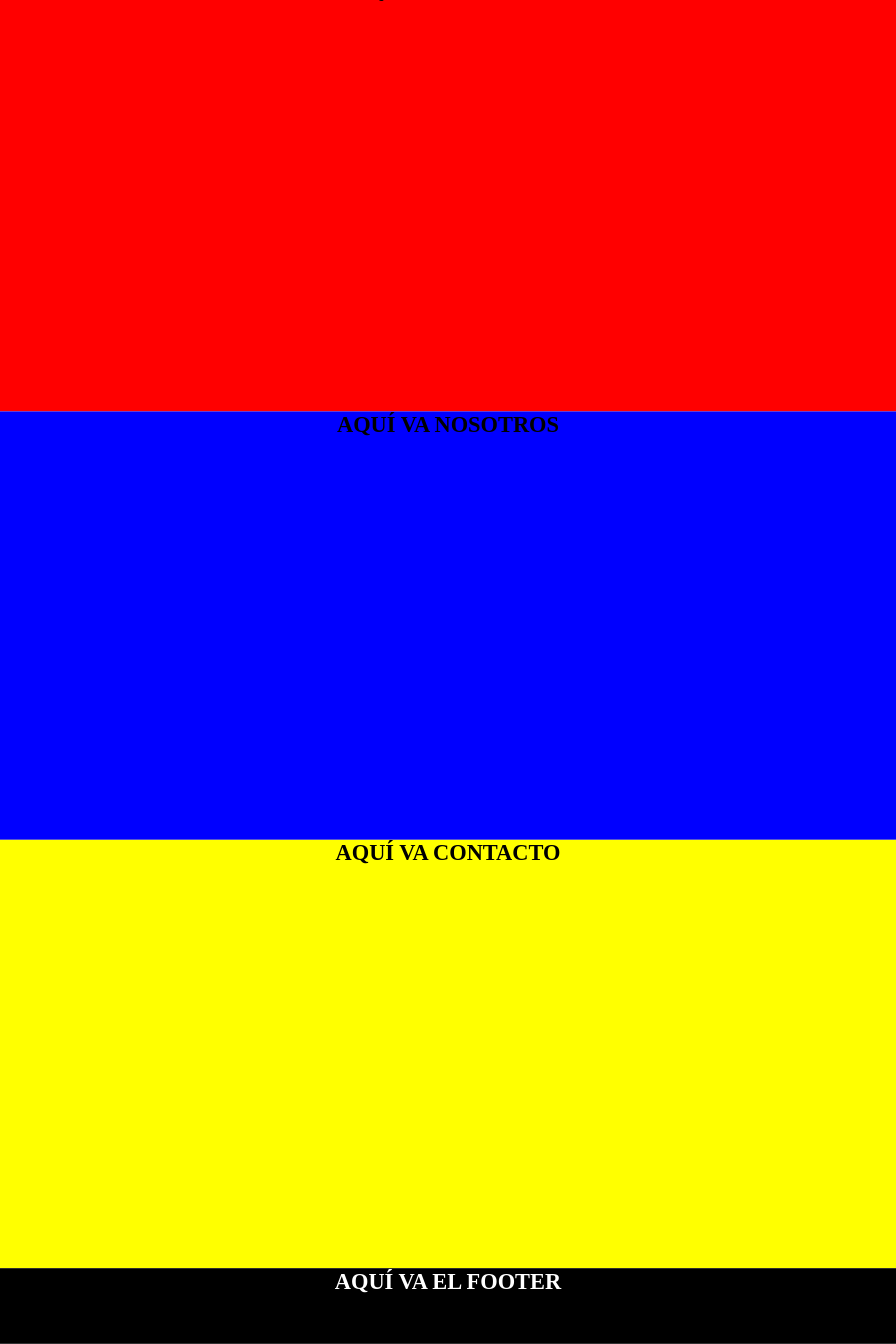
Repository: soloestuardo/bootstrap
Page: web/index.html
The author's editor kept a record of every edit. The page is drawn from the files as they stood at one moment, then again after the next edit.
The browser window is 1280 px wide. The pictures show the part of the page from y = 744 to 2664 px (the page is 2664 px tall before and 2556 px after), at 70% of full size.

Above is the page before.

After the next edit:
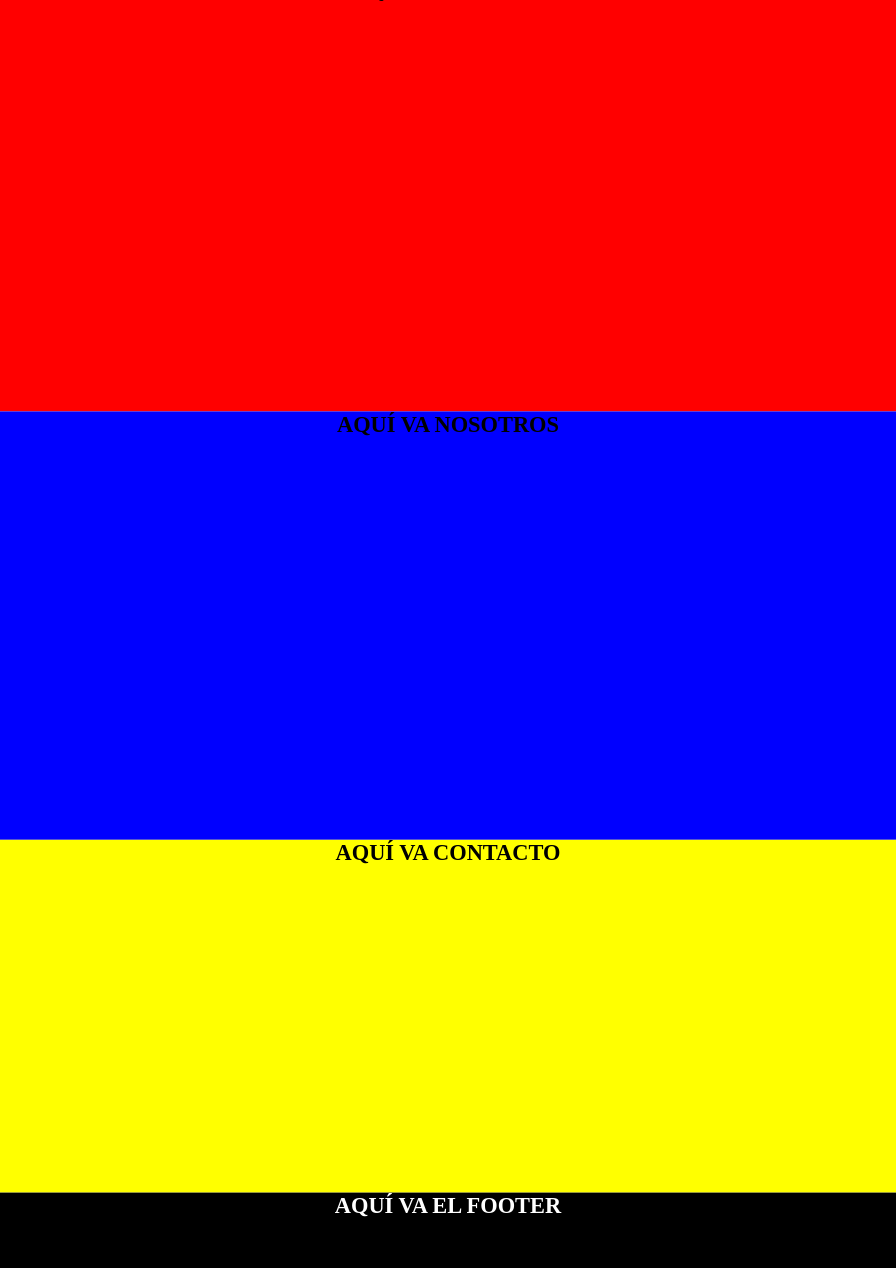
The edit:
--- a/web/css/styles.css
+++ b/web/css/styles.css
@@ -63,7 +63,7 @@
 }
 
 #contacto {
-    height:85vh;
+    height:70vh;
     background-color: yellow;
 }
 
